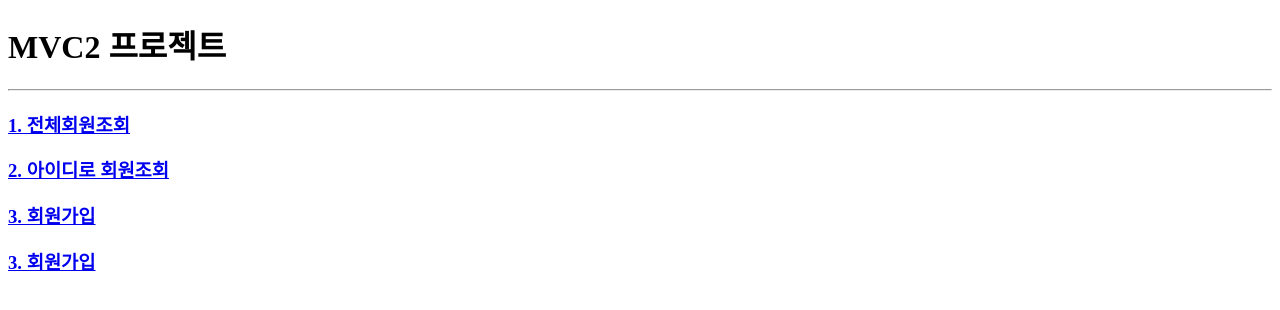
Repository: JWbase/Web_JAVA
Page: http://localhost/06_mvc2Project/
The author's editor kept a copy of each file at every save. The page is drawn from the files as they stood at one save, then again after the next save.
The browser window is 1280 px wide. The pictures show the whole page.
The page is served by Tomcat 9. Other server files are loaded and not shown.

Above is the page before, as saved 2022-08-31 00:52:22.

### 06_mvc2Project/src/main/webapp/index.jsp
<%@ page language="java" contentType="text/html; charset=UTF-8"
    pageEncoding="UTF-8"%>
<!DOCTYPE html>
<html>
<head>
<meta charset="UTF-8">
<title>Insert title here</title>
</head>
<body>
	<h1>MVC2 프로젝트</h1>
	<hr>
	<h3><a href="/jsp/allMember.jsp">1. 전체회원조회</a></h3>
	<h3><a href="/jsp/searchFrm.jsp">2. 아이디로 회원조회</a></h3>
	<h3><a href="/jsp/joinFrm.jsp">3. 회원가입</a></h3>
	<h3><a href="/joinFrm.do">3. 회원가입</a></h3>
</body>
</html>

After the next save:
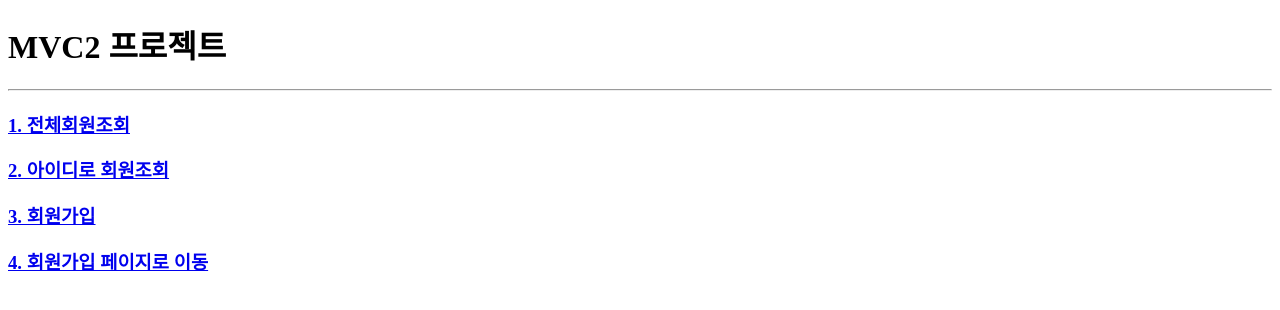
Saved 9 s later.
--- a/06_mvc2Project/src/main/webapp/index.jsp
+++ b/06_mvc2Project/src/main/webapp/index.jsp
@@ -12,6 +12,6 @@
 	<h3><a href="/jsp/allMember.jsp">1. 전체회원조회</a></h3>
 	<h3><a href="/jsp/searchFrm.jsp">2. 아이디로 회원조회</a></h3>
 	<h3><a href="/jsp/joinFrm.jsp">3. 회원가입</a></h3>
-	<h3><a href="/joinFrm.do">3. 회원가입</a></h3>
+	<h3><a href="/joinFrm.do">4. 회원가입 페이지로 이동</a></h3>
 </body>
 </html>
